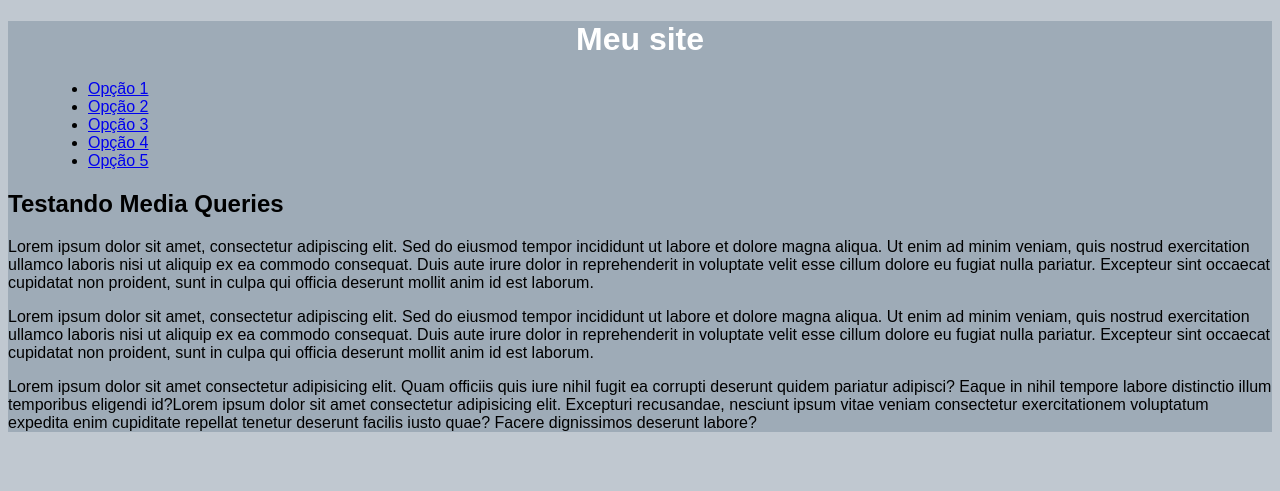
Repository: Sandro1969-tech/menu-hamburger
Page: index.html
These files come from the project's save history. The page is drawn as it stood at one moment and after a run of saves; the edit follows.
The browser window is 1280 px wide. The pictures show the whole page.

Above is the page before, as saved 2025-12-25 18:02:20.

### index.html
<!DOCTYPE html>
<html lang="pt-br">
<head>
    <meta charset="UTF-8">
    <meta name="viewport" content="width=device-width, initial-scale=1.0">
    <title>Media Queries</title>
    <link rel="stylesheet" href="style.css">
</head>
<body>
  <header>
    <main>
            <h1>Meu site</h1>
            <menu>
                <ul>
                    <li><a href="#">Opção 1</a></li>
                    <li><a href="#">Opção 2</a></li>
                    <li><a href="#">Opção 3</a></li>
                    <li><a href="#">Opção 4</a></li>
                    <li><a href="#">Opção 5</a></li>
                </ul>
            </menu>
                <article>
                    <h2>Testando Media Queries</h2>
                    <p>Lorem ipsum dolor sit amet, consectetur adipiscing elit. Sed do eiusmod tempor incididunt ut labore et dolore magna aliqua. Ut enim ad minim veniam, quis nostrud exercitation ullamco laboris nisi ut aliquip ex ea commodo consequat. Duis aute irure dolor in reprehenderit in voluptate velit esse cillum dolore eu fugiat nulla pariatur. Excepteur sint occaecat cupidatat non proident, sunt in culpa qui officia deserunt mollit anim id est laborum.</p>
                    <p>Lorem ipsum dolor sit amet, consectetur adipiscing elit. Sed do eiusmod tempor incididunt ut labore et dolore magna aliqua. Ut enim ad minim veniam, quis nostrud exercitation ullamco laboris nisi ut aliquip ex ea commodo consequat. Duis aute irure dolor in reprehenderit in voluptate velit esse cillum dolore eu fugiat nulla pariatur. Excepteur sint occaecat cupidatat non proident, sunt in culpa qui officia deserunt mollit anim id est laborum.</p>
                    <p> Lorem ipsum dolor sit amet consectetur adipisicing elit. Quam officiis quis iure nihil fugit ea corrupti deserunt quidem pariatur adipisci? Eaque in nihil tempore labore distinctio illum temporibus eligendi id?Lorem ipsum dolor sit amet consectetur adipisicing elit. Excepturi recusandae, nesciunt ipsum vitae veniam consectetur exercitationem voluptatum expedita enim cupiditate repellat tenetur deserunt facilis iusto quae? Facere dignissimos deserunt labore?</p>
                </article>
    </main>
  </header>
</body>
</html>

### style.css
@charset "UTF-8";

* {
    font-family: Arial, Helvetica, sans-serif;
}

body {
    background-color:
    rgba(119, 136, 153, 0.459);
}
header {
    background-color:rgba(119, 136, 153, 0.459);
;
}

h1 {
    color: white;
    text-align: center;
}

After the next 4 saves:
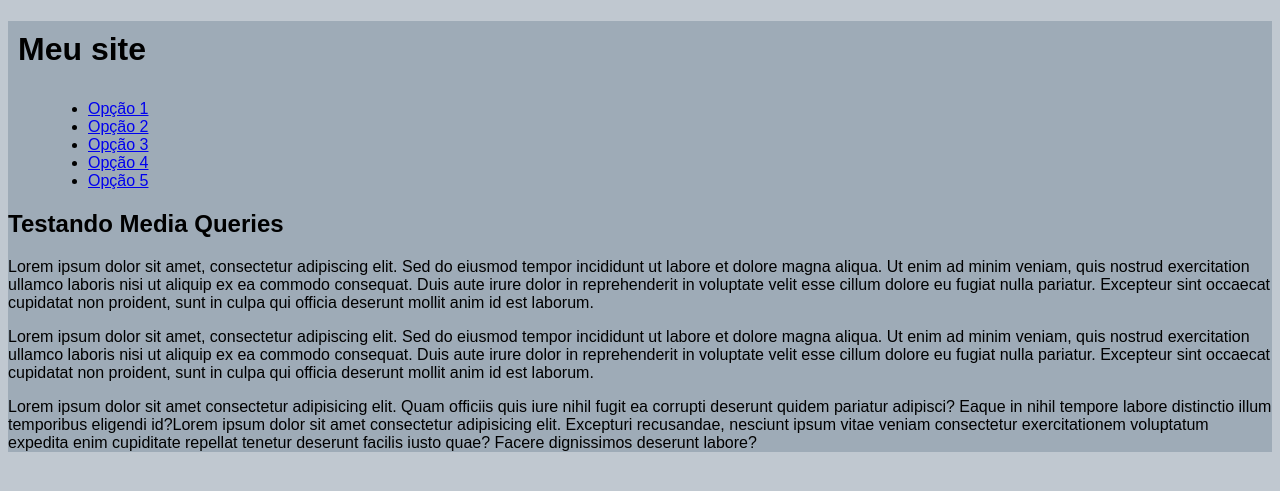
The 4 saves are shown as one change because they came seconds apart.
The last was saved 16 s later.
--- a/style.css
+++ b/style.css
@@ -14,6 +14,4 @@ header {
 }
 
 h1 {
-    color: white;
-    text-align: center;
-}
+padding: 10px;}
